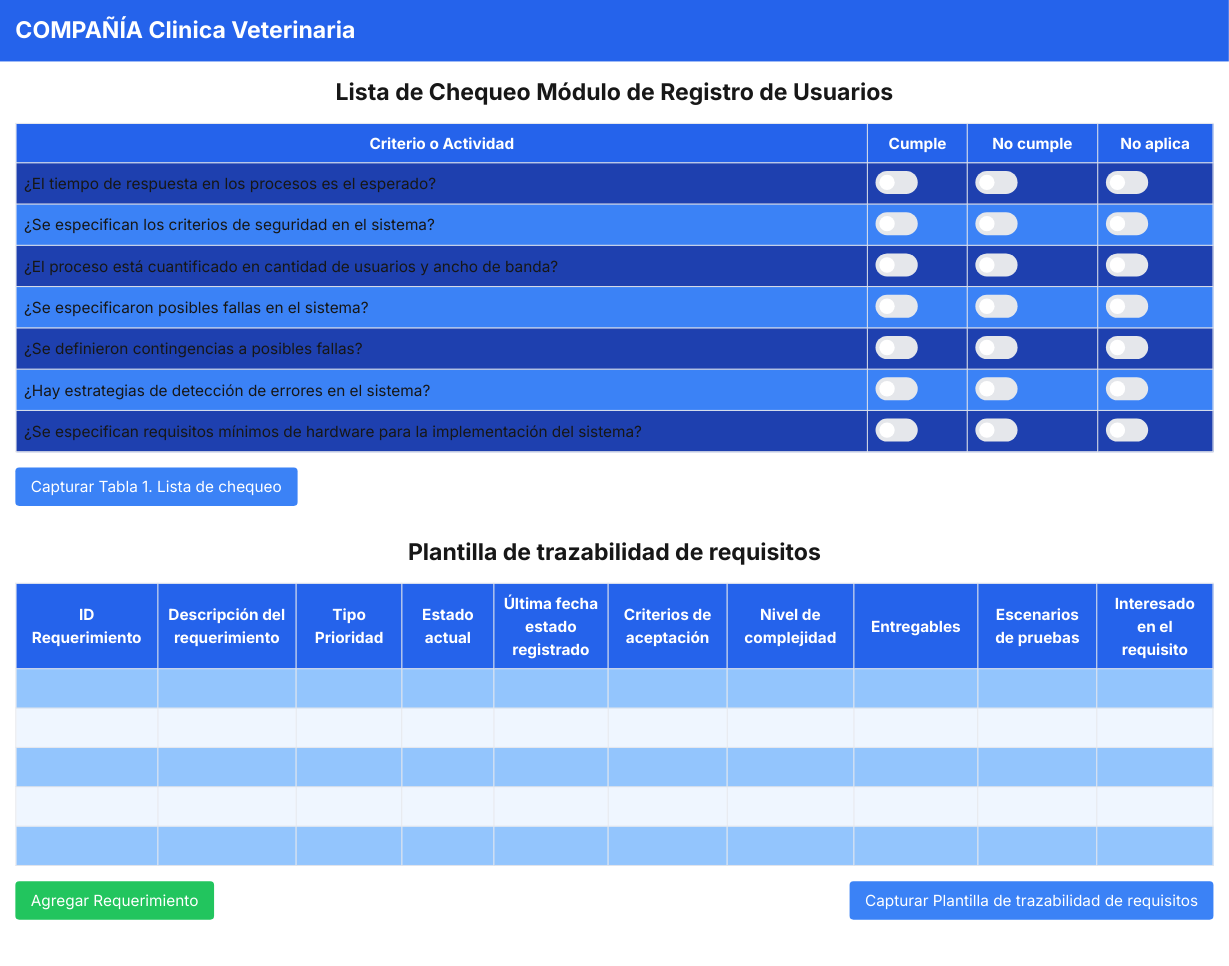
Repository: CiroAlfa/lista-de-Chequeo
Page: /
The author's editor kept a copy of each file at every save. The page is drawn from the files as they stood at one save, then again after the next save.
The browser window is 1280 px wide. The pictures show the whole page, at 96% of full size.
The project was rebuilt for these pictures with package versions that can differ from the ones it lists, and the page was loaded fresh each time. The framework's server and built-in components were replaced by stand-ins that run in the browser. Also part of the build but not shown: next.config.mjs.

Above is the page before, as saved 2024-09-27 13:15:08.

### src/app/layout.tsx
import './globals.css'
import type { Metadata } from 'next'
import { Inter } from 'next/font/google'

const inter = Inter({ subsets: ['latin'] })

export const metadata: Metadata = {
  title: 'Checklist App - Clinica Veterinaria',
  description: 'Aplicación de chequeo y trazabilidad de requisitos',
}

export default function RootLayout({
  children,
}: {
  children: React.ReactNode
}) {
  return (
    <html lang="es">
      <body className={inter.className}>
        <header className="bg-blue-600 text-white p-4">
          <h1 className="text-2xl font-bold">COMPAÑÍA Clinica Veterinaria</h1>
        </header>
        {children}
      </body>
    </html>
  )
}

### src/app/page.tsx
'use client'

import { useState } from 'react'
import { Switch } from '@headlessui/react'
import html2canvas from 'html2canvas'

interface ChecklistItem {
  id: number
  criteria: string
  cumple: boolean
  noCumple: boolean
  noAplica: boolean
}

interface RequirementItem {
  id: string
  description: string
  priority: string
  status: string
  lastUpdated: string
  acceptanceCriteria: string
  complexity: string
  deliverables: string
  testScenarios: string
  stakeholder: string
}

const initialChecklist: ChecklistItem[] = [
  { id: 1, criteria: '¿El tiempo de respuesta en los procesos es el esperado?', cumple: false, noCumple: false, noAplica: false },
  { id: 2, criteria: '¿Se especifican los criterios de seguridad en el sistema?', cumple: false, noCumple: false, noAplica: false },
  { id: 3, criteria: '¿El proceso está cuantificado en cantidad de usuarios y ancho de banda?', cumple: false, noCumple: false, noAplica: false },
  { id: 4, criteria: '¿Se especificaron posibles fallas en el sistema?', cumple: false, noCumple: false, noAplica: false },
  { id: 5, criteria: '¿Se definieron contingencias a posibles fallas?', cumple: false, noCumple: false, noAplica: false },
  { id: 6, criteria: '¿Hay estrategias de detección de errores en el sistema?', cumple: false, noCumple: false, noAplica: false },
  { id: 7, criteria: '¿Se especifican requisitos mínimos de hardware para la implementación del sistema?', cumple: false, noCumple: false, noAplica: false },
]

const initialRequirements: RequirementItem[] = Array(5).fill(null).map((_, index) => ({
  id: ``,
  description: '',
  priority: '',
  status: '',
  lastUpdated: '',
  acceptanceCriteria: '',
  complexity: '',
  deliverables: '',
  testScenarios: '',
  stakeholder: '',
}))

export default function Home() {
  const [checklist, setChecklist] = useState<ChecklistItem[]>(initialChecklist)
  const [requirements, setRequirements] = useState<RequirementItem[]>(initialRequirements)

  const handleChecklistChange = (id: number, field: 'cumple' | 'noCumple' | 'noAplica') => {
    setChecklist(checklist.map(item => {
      if (item.id === id) {
        const newItem = { ...item, [field]: !item[field] }
        if (newItem[field]) {
          newItem.cumple = field === 'cumple'
          newItem.noCumple = field === 'noCumple'
          newItem.noAplica = field === 'noAplica'
        }
        return newItem
      }
      return item
    }))
  }

  const handleRequirementChange = (id: string, field: keyof RequirementItem, value: string) => {
    setRequirements(requirements.map(item =>
      item.id === id ? { ...item, [field]: value } : item
    ))
  }

  const addRequirement = () => {
    const newId = `REQ00${requirements.length + 1}`
    setRequirements([...requirements, {
      id: newId,
      description: '',
      priority: '',
      status: '',
      lastUpdated: '',
      acceptanceCriteria: '',
      complexity: '',
      deliverables: '',
      testScenarios: '',
      stakeholder: '',
    }])
  }

  const captureScreenshot = async (elementId: string, fileName: string) => {
    const element = document.getElementById(elementId)
    if (element) {
      const canvas = await html2canvas(element)
      const image = canvas.toDataURL('image/png')
      const link = document.createElement('a')
      link.href = image
      link.download = fileName
      link.click()
    }
  }

  return (
    <main className="container mx-auto p-4">
      <div className="mb-8" id="checklist-table">
        <h2 className="text-2xl font-bold mb-4 text-center">Lista de Chequeo Módulo de Registro de Usuarios</h2>
        <table className="w-full border-collapse">
          <thead>
            <tr className="bg-blue-600 text-white">
              <th className="border p-2">Criterio o Actividad</th>
              <th className="border p-2">Cumple</th>
              <th className="border p-2">No cumple</th>
              <th className="border p-2">No aplica</th>
            </tr>
          </thead>
          <tbody>
            {checklist.map((item, index) => (
              <tr key={item.id} className={index % 2 === 0 ? 'bg-blue-800' : 'bg-blue-500'}>
                <td className="border p-2">{item.criteria}</td>
                <td className="border p-2">
                  <Switch
                    checked={item.cumple}
                    onChange={() => handleChecklistChange(item.id, 'cumple')}
                    className={`${item.cumple ? 'bg-blue-600' : 'bg-gray-200'} relative inline-flex h-6 w-11 items-center rounded-full`}
                  >
                    <span className={`${item.cumple ? 'translate-x-6' : 'translate-x-1'} inline-block h-4 w-4 transform rounded-full bg-white transition`} />
                  </Switch>
                </td>
                <td className="border p-2">
                  <Switch
                    checked={item.noCumple}
                    onChange={() => handleChecklistChange(item.id, 'noCumple')}
                    className={`${item.noCumple ? 'bg-blue-600' : 'bg-gray-200'} relative inline-flex h-6 w-11 items-center rounded-full`}
                  >
                    <span className={`${item.noCumple ? 'translate-x-6' : 'translate-x-1'} inline-block h-4 w-4 transform rounded-full bg-white transition`} />
                  </Switch>
                </td>
                <td className="border p-2">
                  <Switch
                    checked={item.noAplica}
                    onChange={() => handleChecklistChange(item.id, 'noAplica')}
                    className={`${item.noAplica ? 'bg-blue-600' : 'bg-gray-200'} relative inline-flex h-6 w-11 items-center rounded-full`}
                  >
                    <span className={`${item.noAplica ? 'translate-x-6' : 'translate-x-1'} inline-block h-4 w-4 transform rounded-full bg-white transition`} />
                  </Switch>
                </td>
              </tr>
            ))}
          </tbody>
        </table>
        <button
          onClick={() => captureScreenshot('checklist-table', 'lista-de-chequeo.png')}
          className="mt-4 bg-blue-500 text-white px-4 py-2 rounded hover:bg-blue-600 transition-colors"
        >
          Capturar Tabla 1. Lista de chequeo
        </button>
      </div>

      <div className="mb-8" id="requirements-table">
        <h2 className="text-2xl font-bold mb-4 text-center">Plantilla de trazabilidad de requisitos</h2>
        <table className="w-full border-collapse">
          <thead>
            <tr className="bg-blue-600 text-white">
              <th className="border p-2">ID Requerimiento</th>
              <th className="border p-2">Descripción del requerimiento</th>
              <th className="border p-2">Tipo Prioridad</th>
              <th className="border p-2">Estado actual</th>
              <th className="border p-2">Última fecha estado registrado</th>
              <th className="border p-2">Criterios de aceptación</th>
              <th className="border p-2">Nivel de complejidad</th>
              <th className="border p-2">Entregables</th>
              <th className="border p-2">Escenarios de pruebas</th>
              <th className="border p-2">Interesado en el requisito</th>
            </tr>
          </thead>
          <tbody>
            {requirements.map((item, index) => (
              <tr key={index} className={index % 2 === 0 ? 'bg-blue-300' : 'bg-blue-50'}>
                <td className="border p-2">
                  <input
                    type="text"
                    value={item.id}
                    onChange={(e) => handleRequirementChange(item.id, 'id', e.target.value)}
                    className="w-full bg-transparent"
                  />
                </td>
                <td className="border p-2">
                  <input
                    type="text"
                    value={item.description}
                    onChange={(e) => handleRequirementChange(item.id, 'description', e.target.value)}
                    className="w-full bg-transparent"
                  />
                </td>
                <td className="border p-2">
                  <input
                    type="text"
                    value={item.priority}
                    onChange={(e) => handleRequirementChange(item.id, 'priority', e.target.value)}
                    className="w-full bg-transparent"
                  />
                </td>
                <td className="border p-2">
                  <input
                    type="text"
                    value={item.status}
                    onChange={(e) => handleRequirementChange(item.id, 'status', e.target.value)}
                    className="w-full bg-transparent"
                  />
                </td>
                <td className="border p-2">
                  <input
                    type="text"
                    value={item.lastUpdated}
                    onChange={(e) => handleRequirementChange(item.id, 'lastUpdated', e.target.value)}
                    className="w-full bg-transparent"
                  />
                </td>
                <td className="border p-2">
                  <input
                    type="text"
                    value={item.acceptanceCriteria}
                    onChange={(e) => handleRequirementChange(item.id, 'acceptanceCriteria', e.target.value)}
                    className="w-full bg-transparent"
                  />
                </td>
                <td className="border p-2">
                  <input
                    type="text"
                    value={item.complexity}
                    onChange={(e) => handleRequirementChange(item.id, 'complexity', e.target.value)}
                    className="w-full bg-transparent"
                  />
                </td>
                <td className="border p-2">
                  <input
                    type="text"
                    value={item.deliverables}
                    onChange={(e) => handleRequirementChange(item.id, 'deliverables', e.target.value)}
                    className="w-full bg-transparent"
                  />
                </td>
                <td className="border p-2">
                  <input
                    type="text"
                    value={item.testScenarios}
                    onChange={(e) => handleRequirementChange(item.id, 'testScenarios', e.target.value)}
                    className="w-full bg-transparent"
                  />
                </td>
                <td className="border p-2">
                  <input
                    type="text"
                    value={item.stakeholder}
                    onChange={(e) => handleRequirementChange(item.id, 'stakeholder', e.target.value)}
                    className="w-full bg-transparent"
                  />
                </td>
              </tr>
            ))}
          </tbody>
        </table>
        <div className="mt-4 flex justify-between">
          <button
            onClick={addRequirement}
            className="bg-green-500 text-white px-4 py-2 rounded hover:bg-green-600 transition-colors"
          >
            Agregar Requerimiento
          </button>
          <button
            onClick={() => captureScreenshot('requirements-table', 'plantilla-trazabilidad-requisitos.png')}
            className="bg-blue-500 text-white px-4 py-2 rounded hover:bg-blue-600 transition-colors"
          >
            Capturar Plantilla de trazabilidad de requisitos
          </button>
        </div>
      </div>
    </main>
  )
}

Loaded but not shown: src/app/globals.css (common file); tailwind.config.ts (common file)

After the next save:
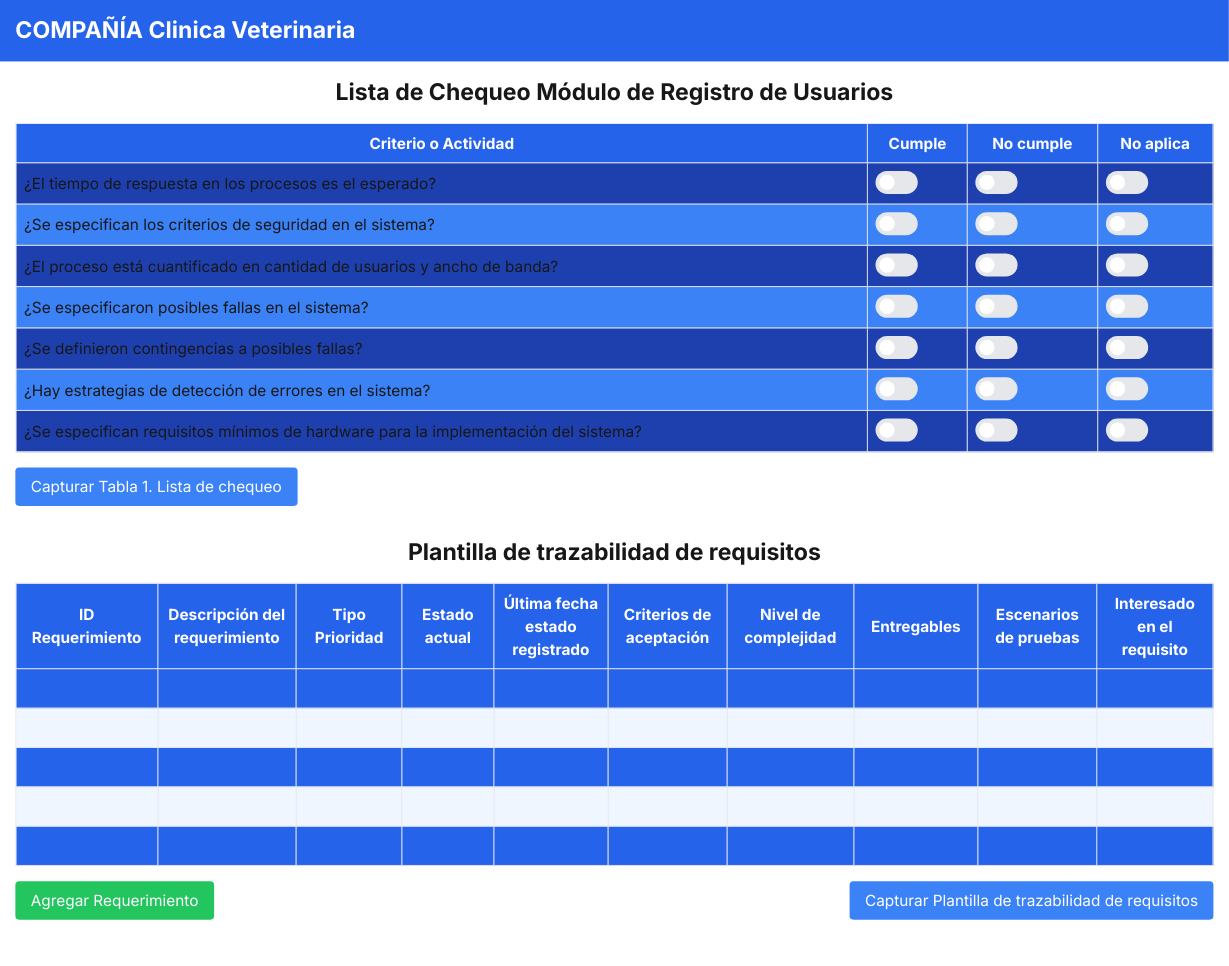
Saved 17 s later.
--- a/src/app/page.tsx
+++ b/src/app/page.tsx
@@ -176,7 +176,7 @@ export default function Home() {
           </thead>
           <tbody>
             {requirements.map((item, index) => (
-              <tr key={index} className={index % 2 === 0 ? 'bg-blue-300' : 'bg-blue-50'}>
+              <tr key={index} className={index % 2 === 0 ? 'bg-blue-600' : 'bg-blue-50'}>
                 <td className="border p-2">
                   <input
                     type="text"
